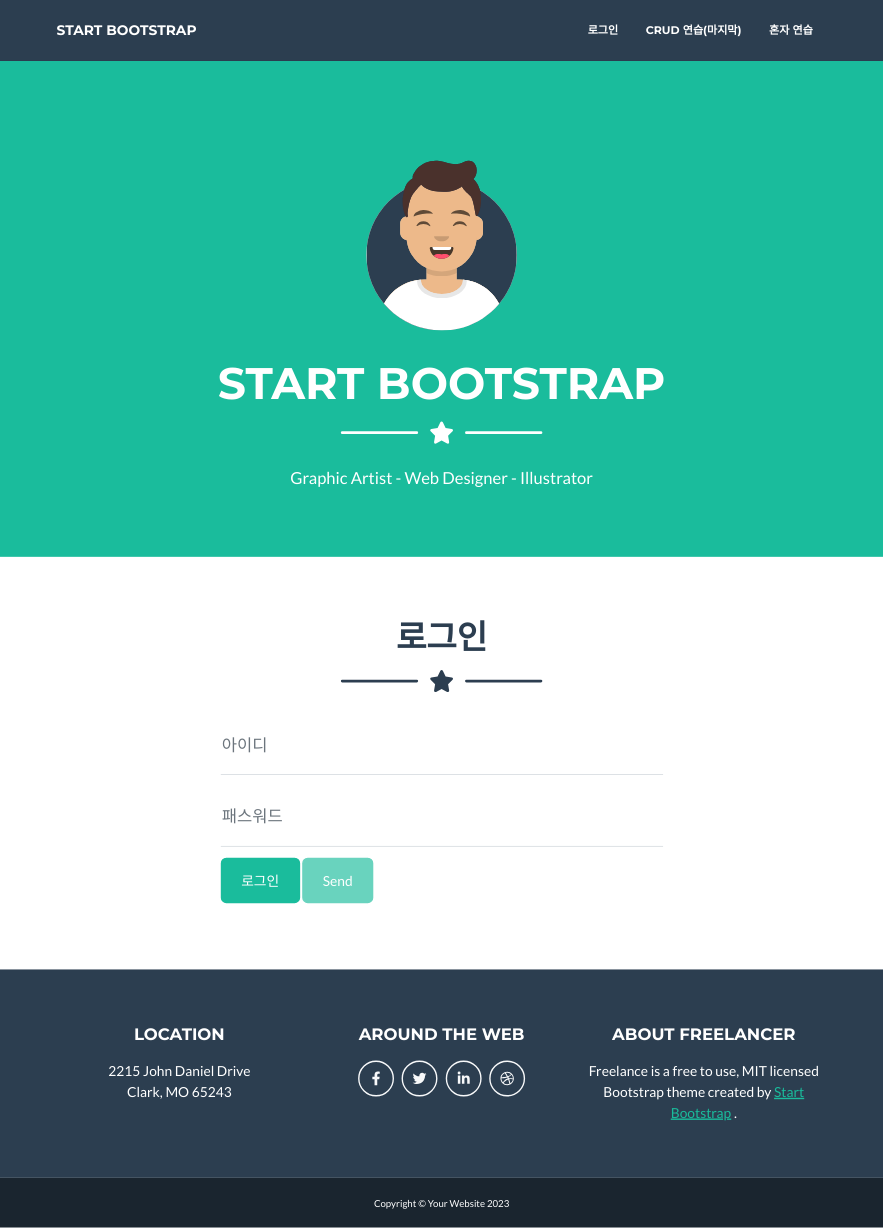
Repository: kvmhyvmvn/Study_JspServlet
Page: http://localhost/06.Last/member/login.jsp
An editor plug-in stored every save of this project. The page is shown before and after the next save, followed by the edit.
The browser window is 1280 px wide. The pictures show the whole page, at 69% of full size.
Some web libraries are served in a nearby version. The page is served by Tomcat 9.

Above is the page before, as saved 2023-05-26 01:55:18.

After the next save:
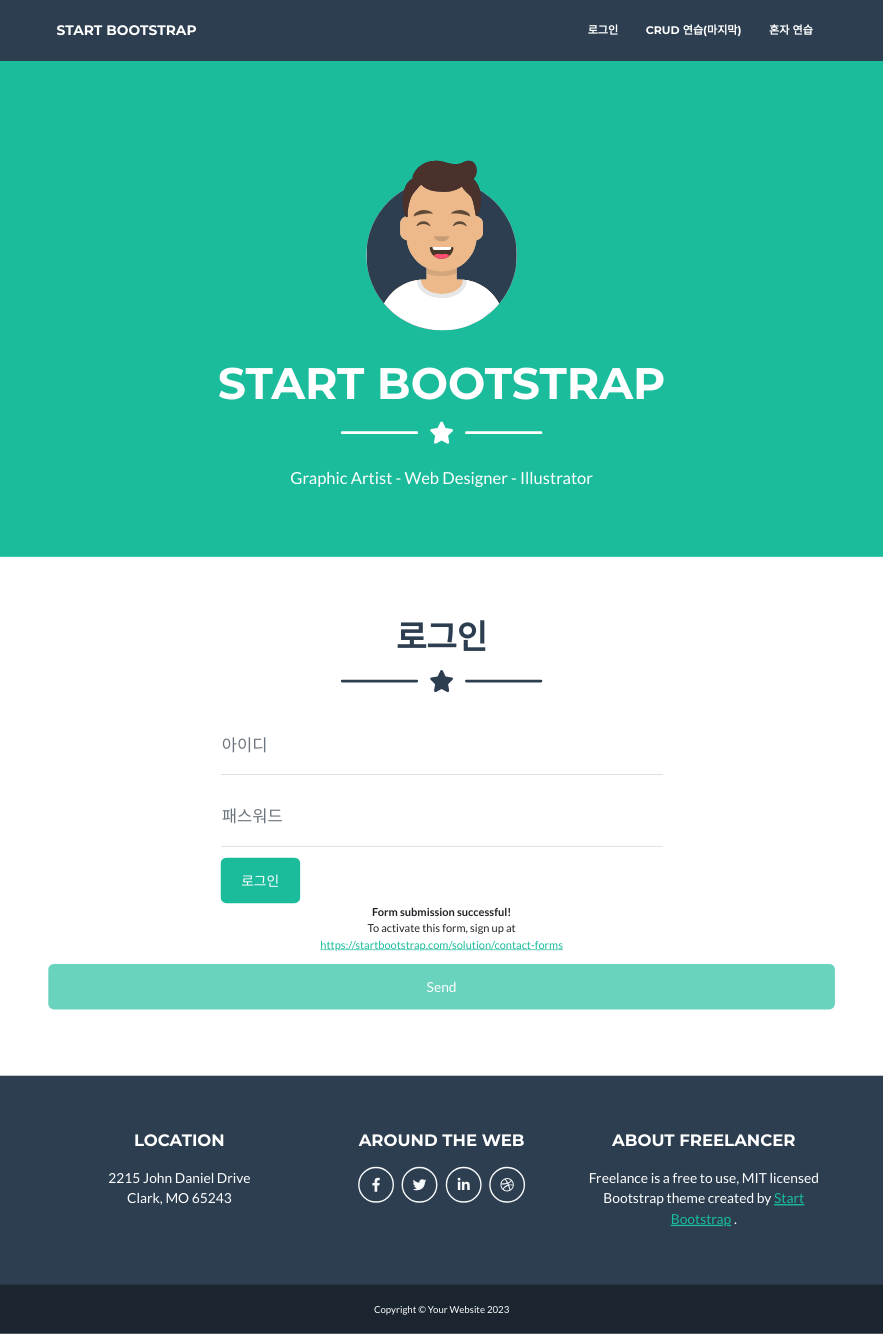
Saved 67 s later.
--- a/WorkSpace/06.Last/src/main/webapp/member/login.jsp
+++ b/WorkSpace/06.Last/src/main/webapp/member/login.jsp
@@ -40,12 +40,10 @@
                                 <label for="email">패스워드</label>
                                 <div class="invalid-feedback" data-sb-feedback="email:required">패스워드 필수입력</div>
                             </div>
-                  			<a class="btn btn-primary btn-xl">로그인</a>
-                            <!-- Submit success message-->
-                            <!---->
-                            <!-- This is what your users will see when the form-->
-                            <!-- has successfully submitted-->
-                            <div class="d-none" id="submitSuccessMessage">
+
+
+
+                            <a class="btn btn-primary btn-xl">로그인</a>
                                 <div class="text-center mb-3">
                                     <div class="fw-bolder">Form submission successful!</div>
                                     To activate this form, sign up at
